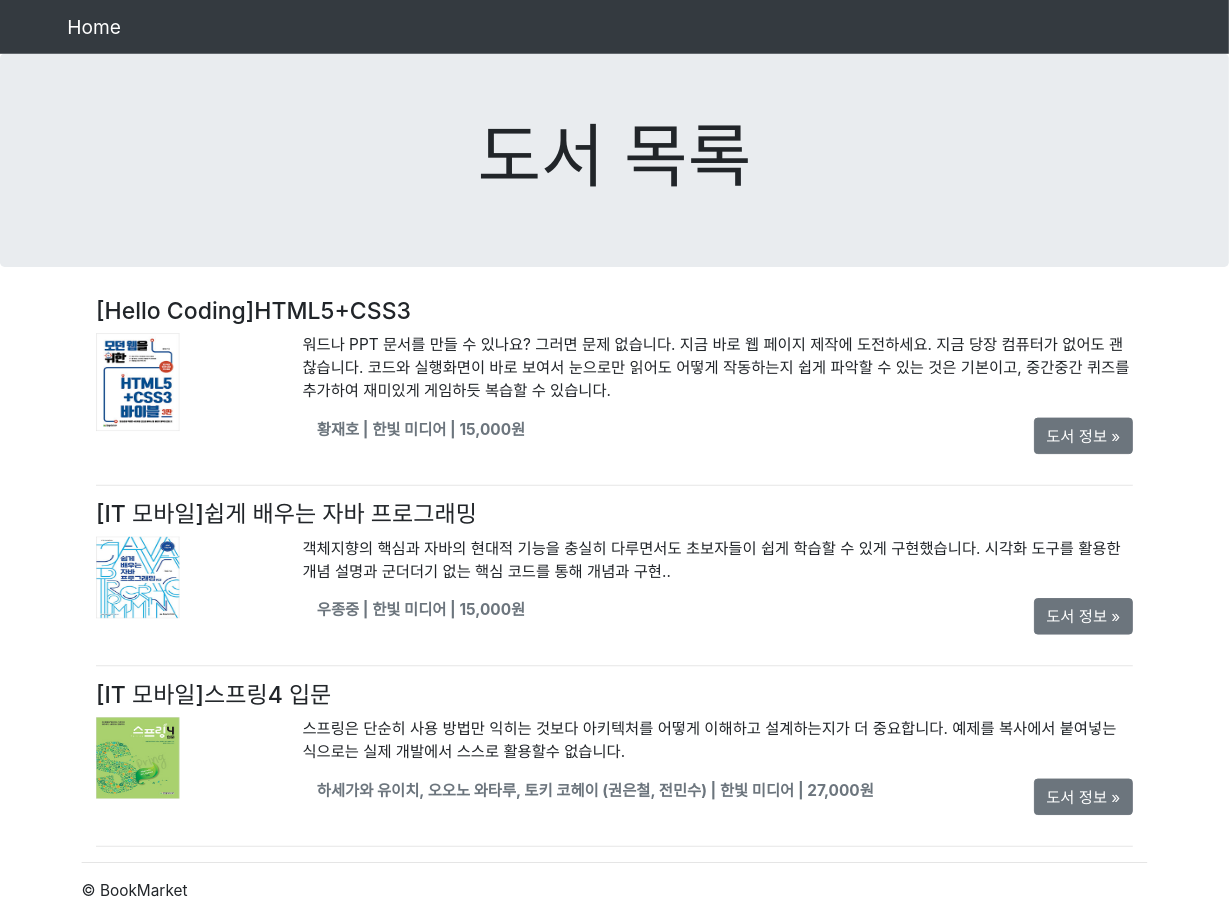
Repository: freedomseok8047/jsp
Page: http://localhost/BookMarket/books.jsp
An editor plug-in stored every save of this project. The page is shown before and after the next save, followed by the edit.
The browser window is 1280 px wide. The pictures show the whole page, at 96% of full size.
The page is served by Tomcat 9.

Above is the page before, as saved 2023-08-25 05:47:32.

### BookMarket/src/main/webapp/books.jsp
<%@ page language="java" contentType="text/html; charset=UTF-8"
	pageEncoding="UTF-8"%>
<%@ page import="java.util.ArrayList, java.text.NumberFormat"%>
<%@ page import="dto.Book"%>
<jsp:useBean id="bookDAO" class="dao.BookRepository" scope="session" />
<!DOCTYPE html>
<html>
<head>
<meta charset="UTF-8">
<link rel="stylesheet" href="./resources/css/bootstrap.min.css" />
<title>도서 목록</title>
</head>
<body>
	<jsp:include page="menu.jsp" />
	<div class="jumbotron">
		<div class="container">
			<h1 class="display-3" align="center">도서 목록</h1>
		</div>
	</div>
	<%
	ArrayList<Book> listOfBooks = bookDAO.getAllBooks();
	NumberFormat format = java.text.NumberFormat.getNumberInstance(java.util.Locale.US);
	format.setGroupingUsed(true);
	%>

	<div class="container">
		<div class="col" align="left">
			<%
			for (int i = 0; i < listOfBooks.size(); i++) {
				Book book = listOfBooks.get(i);
			%>
			<div class="row-xl-4">

				<h4>
					[<%=book.getCategory()%>]<%=book.getName()%>
				</h4>
				<div class="row">
					<div class="col col-lg-2">
						<img src="resources/images/<%=book.getFilename()%>"
							alt=<%=book.getName()%> width="56%" height="72%">
					</div>
					<div class="col-md-auto"></div>
					<div class="col">
						<p><%=book.getDescription()%>
						<div class="container">
							<div class="row">
								<p class="col font-weight-bold text-secondary"><%=book.getAuthor()%>
									|
									<%=book.getPublisher()%>
									|
									<%=format.format(book.getUnitPrice())%>원
								<p>
									<a href="./book.jsp?id=<%=book.getBookId()%>"
										class="btn btn-secondary" role="button">도서 정보 &raquo;</a>
							</div>
						</div>
					</div>
				</div>
			</div>
			<hr>
			<%
			}
			%>
		</div>
		<hr>
	</div>
	<jsp:include page="footer.jsp" />


</body>
</html>

### BookMarket/src/main/webapp/menu.jsp
<nav class="navbar navbar-expand navbar-dark bg-dark">
		<div class="container">
			<div class=" navbar-header">
				<a class="navbar-brand" href=" ./welcome.jsp">Home</a>
			</div>
		</div>
	</nav>

### BookMarket/src/main/webapp/footer.jsp
<footer class="container">
		<p>&copy; BookMarket</p>
	</footer>

### BookMarket/src/main/java/dao/BookRepository.java
package dao;

import java.util.ArrayList;

import dto.Book;
import dto.Book;

public class BookRepository {

	private ArrayList<Book> listOfBooks = new ArrayList<Book>();

	public BookRepository() {
		Book book1 =new Book("B1234","HTML5+CSS3",15000);
		book1.setDescription("워드나 PPT 문서를 만들 수 있나요? 그러면 문제 없습니다. 지금 바로 웹 페이지 제작에 도전하세요. 지금 당장 컴퓨터가 없어도 괜찮습니다. 코드와 실행화면이 바로 보여서 눈으로만 읽어도 어떻게 작동하는지 쉽게 파악할 수 있는 것은 기본이고, 중간중간 퀴즈를 추가하여 재미있게 게임하듯 복습할 수 있습니다. ");
		book1.setAuthor("황재호");
		book1.setPublisher("한빛 미디어");
		book1.setCategory("Hello Coding");
		book1.setUnitsInStock(1000);
		book1.setTotalPages(700);
		book1.setReleaseDate("8월/22년");
		book1.setCondition("New");
		book1.setFilename("P1234.jpg");


		Book book2 =new Book("B1235","쉽게 배우는 자바 프로그래밍",15000);
		book2.setDescription("객체지향의 핵심과 자바의 현대적 기능을 충실히 다루면서도 초보자들이 쉽게 학습할 수 있게 구현했습니다. 시각화 도구를 활용한 개념 설명과 군더더기 없는 핵심 코드를 통해 개념과 구현..");
		book2.setAuthor("우종중");
		book2.setPublisher("한빛 미디어");
		book2.setCategory("IT 모바일");
		book2.setUnitsInStock(1000);
		book2.setTotalPages(700);
		book2.setReleaseDate("8월/22년");
		book2.setCondition("New");
		book2.setFilename("P1235.jpg");

		Book book3 =new Book("B1236","스프링4 입문",27000);
		book3.setDescription("스프링은 단순히 사용 방법만 익히는 것보다 아키텍처를 어떻게 이해하고 설계하는지가 더 중요합니다. 예제를 복사에서 붙여넣는 식으로는 실제 개발에서 스스로 활용할수 없습니다.");
		book3.setAuthor("하세가와 유이치, 오오노 와타루, 토키 코헤이 (권은철, 전민수)");
		book3.setPublisher("한빛 미디어");
		book3.setCategory("IT 모바일");
		book3.setUnitsInStock(1000);
		book3.setTotalPages(700);
		book3.setReleaseDate("8월/22년");
		book3.setCondition("New");
		book3.setFilename("P1236.jpg");

		listOfBooks.add(book1);
		listOfBooks.add(book2);
		listOfBooks.add(book3);
	}
		public ArrayList<Book> getAllBooks() {
			return listOfBooks;
	}
		public Book getBookById(String bookId) {
			Book bookById = null;
			for(int i =0; i < listOfBooks.size(); i++ ) {
				Book book = listOfBooks.get(i);
				if(book != null && book.getBookId() != null && book.getBookId().equals(bookId)) {
					bookById = book;
					break;
				}
			}
			return bookById;
		}
}

### BookMarket/src/main/java/dto/Book.java
package dto;

import java.io.Serializable;

public class Book implements Serializable {

	private static final long serialVersionUID = -4274700572038677000L;

	private String bookId;
	private String name;
	private Integer unitPrice;
	private String author;
	private String description;
	private String publisher;
	private String category;
	private long unitsInStock;
	private long totalPages;
	private String releaseDate;
	private String condition;
	private String filename;

	public String getFilename() {
		return filename;
	}

	public void setFilename(String filename) {
		this.filename = filename;
	}

	public Book() {
		super();
	}

	public Book(String bookId, String name, Integer unitPrice) {
		this.bookId = bookId;
		this.name = name;
		this.unitPrice = unitPrice;
	}


	public String getBookId() {
		return bookId;
	}
	public void setBookId(String bookId) {
		this.bookId = bookId;
	}
	public String getName() {
		return name;
	}
	public void setName(String name) {
		this.name = name;
	}
	public Integer getUnitPrice() {
		return unitPrice;
	}
	public void setUnitPrice(Integer unitPrice) {
		this.unitPrice = unitPrice;
	}
	public String getAuthor() {
		return author;
	}
	public void setAuthor(String author) {
		this.author = author;
	}
	public String getDescription() {
		return description;
	}
	public void setDescription(String description) {
		this.description = description;
	}
	public String getPublisher() {
		return publisher;
	}
	public void setPublisher(String publisher) {
		this.publisher = publisher;
	}
	public String getCategory() {
		return category;
	}
	public void setCategory(String category) {
		this.category = category;
	}
	public long getUnitsInStock() {
		return unitsInStock;
	}
	public void setUnitsInStock(long unitsInStock) {
		this.unitsInStock = unitsInStock;
	}
	public long getTotalPages() {
		return totalPages;
	}
	public void setTotalPages(long totalPages) {
		this.totalPages = totalPages;
	}
	public String getReleaseDate() {
		return releaseDate;
	}
	public void setReleaseDate(String releaseDate) {
		this.releaseDate = releaseDate;
	}
	public String getCondition() {
		return condition;
	}
	public void setCondition(String condition) {
		this.condition = condition;
	}


}

Loaded but not shown: BookMarket/src/main/webapp/resources/css/bootstrap.min.css (library)

After the next save:
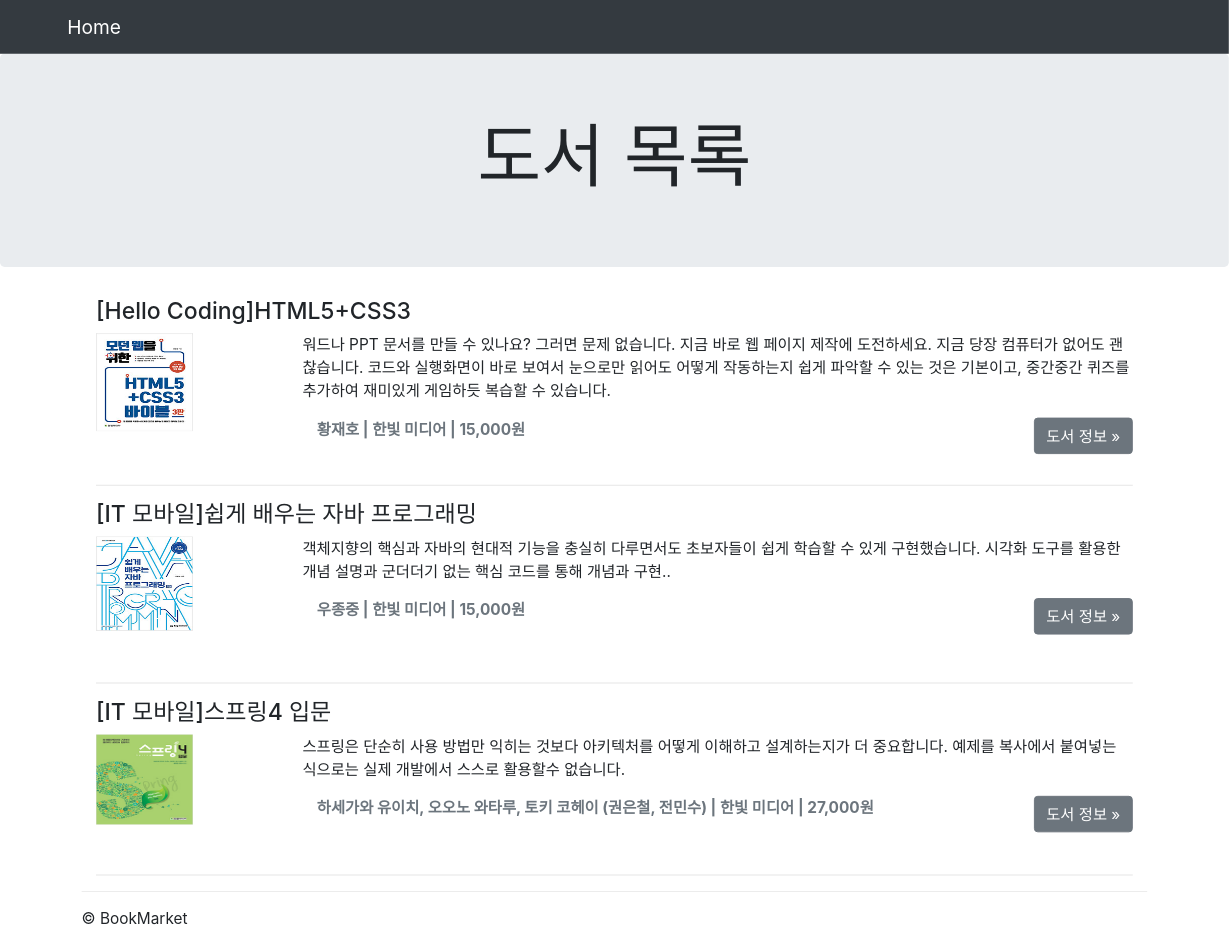
Saved 27 s later.
--- a/BookMarket/src/main/webapp/books.jsp
+++ b/BookMarket/src/main/webapp/books.jsp
@@ -37,7 +37,7 @@
 				<div class="row">
 					<div class="col col-lg-2">
 						<img src="resources/images/<%=book.getFilename()%>"
-							alt=<%=book.getName()%> width="56%" height="72%">
+							alt=<%=book.getName()%> width="65%" height="72%">
 					</div>
 					<div class="col-md-auto"></div>
 					<div class="col">
